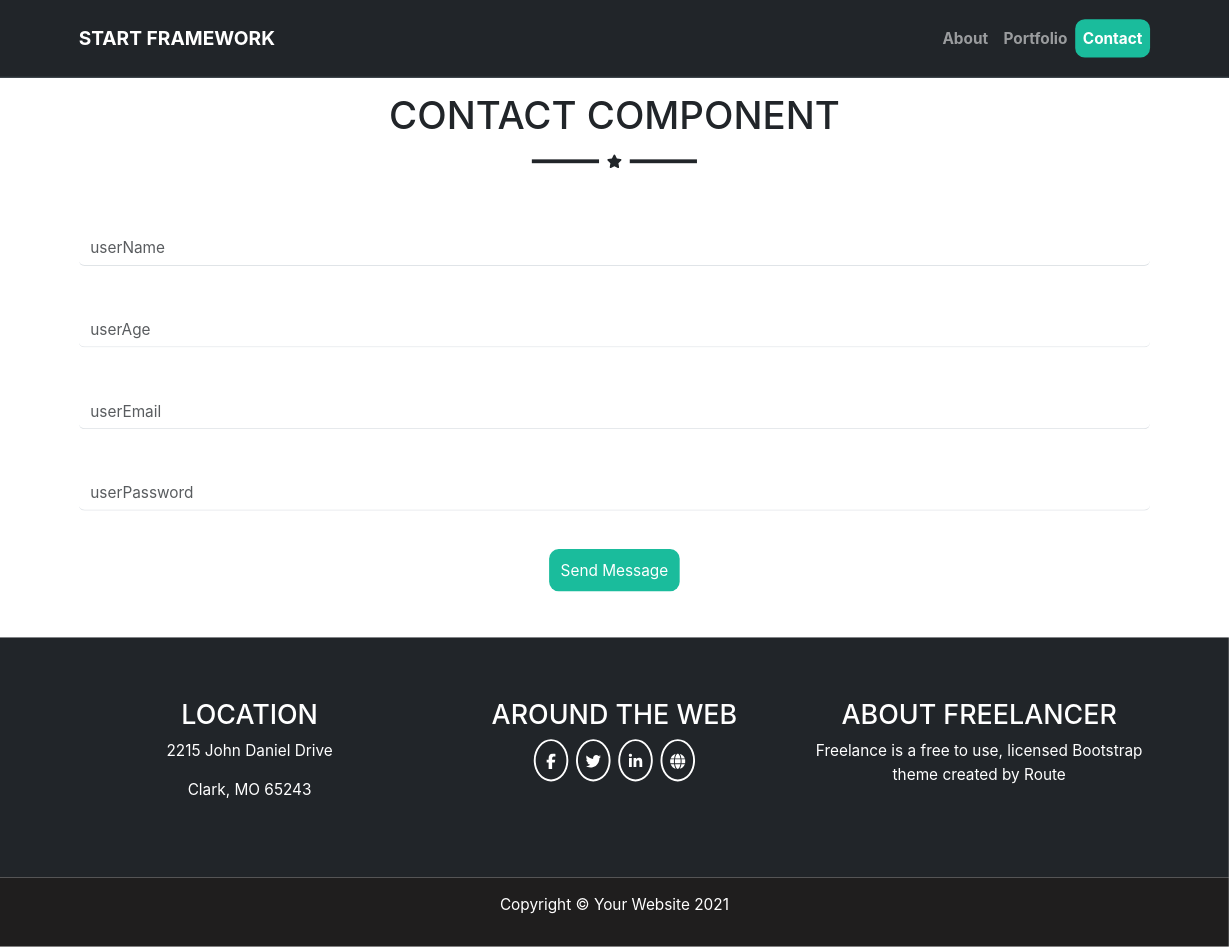
Repository: YomnaWegdan/startFramework
Page: /contact
An editor plug-in stored every save of this project. The page is shown before and after a run of saves, followed by the edit.
The browser window is 1280 px wide. The pictures show the whole page, at 96% of full size.
The project was rebuilt for these pictures with package versions that can differ from the ones it lists, and the page was loaded fresh each time. Also part of the build but not shown: src/Components/Home.jsx, src/Components/About.jsx, src/Components/Error.jsx, src/Components/Portfolio.jsx.

Above is the page before, as saved 2024-02-06 00:15:00.

### src/index.js
import React from 'react';
import ReactDOM from 'react-dom/client';
import 'bootstrap/dist/css/bootstrap.min.css'
import 'bootstrap/dist/js/bootstrap.bundle.min.js'

import './index.css';
import App from './App';
import reportWebVitals from './reportWebVitals';

const root = ReactDOM.createRoot(document.getElementById('root'));
root.render(
  <React.StrictMode>
    <App />
  </React.StrictMode>
);

// If you want to start measuring performance in your app, pass a function
// to log results (for example: reportWebVitals(console.log))
// or send to an analytics endpoint. Learn more: https://bit.ly/CRA-vitals
reportWebVitals();

### src/index.css
body {
  margin: 0;
  font-family: -apple-system, BlinkMacSystemFont, 'Segoe UI', 'Roboto', 'Oxygen',
    'Ubuntu', 'Cantarell', 'Fira Sans', 'Droid Sans', 'Helvetica Neue',
    sans-serif;
  -webkit-font-smoothing: antialiased;
  -moz-osx-font-smoothing: grayscale;
}

code {
  font-family: source-code-pro, Menlo, Monaco, Consolas, 'Courier New',
    monospace;
}
.w-20{
  width: 20%;
}
.home , .about{
  background-color: #1ABC9C;
}
.line{
  background-color: white;
  width: 70px;
  height: 4px;
}
h2{
  font-size: 40px;
}
h3{
  font-weight: 500;
  font-size: 28px;
}
.footer-header {
  background-color: #212529;
}
div.footer{
  background-color: #1f1e1e;
}
.active{
  background-color: #1ABC9C;
  border-radius: 10px;
  color: white;
}

div.inner .img-overlay{
  transition: 0.8s all;
}

div.inner:hover .img-overlay{
  background-color: #1abc9ce6 !important;
  position: absolute;
  top: 0;
  left: 0;
  width: 100%;
  height: 100%;
}

div.inner:hover .plus{
  display: block;
  font-size: 100px;
  color: white;

}
.model{
  background-color: rgba(0, 0, 0, 0.6) !important;
}
.form-control:focus {
  border-color: #eee;
  box-shadow: none;
}
  button{
    background-color: #1ABC9C;
    border: none;
    padding: 10px 12px;
    border-radius: 10px;
    color: white;
    margin-top: 40px ;
  }

### src/App.js
import { RouterProvider, createBrowserRouter } from 'react-router-dom';
import './App.css';
import Layout from './Components/Layout';
import Home from './Components/Home';
import About from './Components/About';
import Contact from './Components/Contact';
import Error from './Components/Error';
import Portfolio from './Components/Portfolio';

function App() {

  let routes = createBrowserRouter([{
    path:'', element:<Layout/> , children:[
      {index:true , element:<Home/>},
      {path:'/about' , element:<About/>},
      {path:'/portfolio' , element:<Portfolio/>},
      {path:'/contact' , element:<Contact/>},
      {path:'*' , element:<Error/>},




    ]
  }])
  return (
    <div className="App">
    <RouterProvider router={routes}></RouterProvider>
    </div>
  );
}

export default App;

### src/Components/Layout.jsx
import React from 'react'
import Navbar from './Navbar'
import { Outlet } from 'react-router-dom'
import Footer from './Footer'

export default function Layout() {
  return (
    <div>
      <Navbar/>
      <Outlet></Outlet>
      <Footer/>
    </div>
  )
}

### src/Components/Contact.jsx
import React, { Fragment } from "react";
import { FaStar } from "react-icons/fa6";

export default function Contact() {
  return (
    <Fragment>
      <section className="contact py-5  ">
        <div className="container h-100">
          <div className="row g-5 h-100 align-items-center justify-content-center align-content-center">
            <div className="col-md-12">
              <h2 className="pt-5">CONTACT COMPONENT</h2>
              <div className="d-flex justify-content-center align-items-center my-3">
                <div className="line text-bg-dark"></div>
                <FaStar className=" mx-2 " />
                <div className="line text-bg-dark"></div>
              </div>
            </div>

            <div className=" col-md-12">
              <form>
                <input
                  className=" form-control border-top-0 border-start-0 border-end-0  border-bottom-3 "
                  placeholder="userName"
                  name="name"
                />
                <input
                  className=" form-control border-top-0 border-start-0 border-end-0  border-bottom-3 my-5"
                  placeholder="userAge"
                  name="age"
                  type="number"
                />
                <input
                  className=" form-control border-top-0 border-start-0 border-end-0  border-bottom-3 mb-5"
                  placeholder="userEmail"
                  name="email"
                  type="email"
                />
                <input
                  className=" form-control border-top-0 border-start-0 border-end-0  border-bottom-3"
                  placeholder="userPassword"
                  name="password"
                  type=" password"
                />
                <button className="">Send Message</button>
              </form>
            </div>
          </div>
        </div>
      </section>
    </Fragment>
  );
}

### src/Components/Navbar.jsx
import React, { useEffect, useState } from "react";
import { NavLink } from "react-router-dom";

export default function Navbar() {
  const [scroll , setScroll] = useState(0)

  const handleScroll=()=>{
    setScroll(window.scrollY)
  }
  const navbarPadding = scroll > 200 ? '30px' : '20px';
  window.addEventListener('scroll', handleScroll);
  return (
    <>
      <nav style={{padding:navbarPadding}}
        className="navbar navbar-expand-lg bg-dark border-bottom border-body  fixed-top fw-bold  "
        data-bs-theme="dark"
      >
        <div className="container">
          <NavLink className="navbar-brand" to="/">
            START FRAMEWORK
          </NavLink>
          <button
            className="navbar-toggler"
            type="button"
            data-bs-toggle="collapse"
            data-bs-target="#navbarSupportedContent"
            aria-controls="navbarSupportedContent"
            aria-expanded="false"
            aria-label="Toggle navigation"
          >
            <span className="navbar-toggler-icon"></span>
          </button>
          <div className="collapse navbar-collapse" id="navbarSupportedContent">
            <ul className="navbar-nav ms-auto mb-2 mb-lg-0">
              <li className="nav-item">
                <NavLink className="nav-link" to="/about">
                  About
                </NavLink>
              </li>
              <li className="nav-item">
                <NavLink className="nav-link" to="/portfolio">
                  Portfolio
                </NavLink>
              </li>
              <li className="nav-item">
                <NavLink className="nav-link" to="/Contact">
                  Contact
                </NavLink>
              </li>
            </ul>
          </div>
        </div>
      </nav>
    </>
  );
}

### src/Components/Footer.jsx
import React from "react";
import { FaFacebookF, FaGlobe, FaLinkedinIn, FaTwitter } from "react-icons/fa6";

export default function Footer() {
  return (
    <>
      <footer className=" text-white">
      <div className="footer-header py-5">
        <div className="container py-3">
          <div className="row">
            <div className="col-lg-4 col-md-6">
              <h3>LOCATION</h3>
              <p>2215 John Daniel Drive</p>
              <p>Clark, MO 65243</p>
            </div>
            <div className="col-lg-4 col-md-6">
            <h3>AROUND THE WEB</h3>
            <ul className="d-flex justify-content-center align-items-center list-unstyled">
            <li className="p-2 rounded-circle border border-white border-2"> <FaFacebookF /> </li>
            <li className="p-2 rounded-circle border border-white border-2 mx-2"> <FaTwitter/> </li>
            <li className="p-2 rounded-circle border border-white border-2 me-2"> <FaLinkedinIn /> </li>
            <li className="p-2 rounded-circle border border-white border-2"> <FaGlobe /> </li>
            </ul>
            </div>
            <div className="col-lg-4 col-md-6">
              <h3>ABOUT FREELANCER</h3>
              <p>Freelance is a free to use, licensed Bootstrap theme created by Route</p>
            </div>
          </div>
        </div>
        </div>
        <div className="footer py-3">
        <p>Copyright © Your Website 2021</p>
        </div>
      </footer>

    </>
  );
}

Loaded but not shown: public/index.html (common file); src/reportWebVitals.js (common file); src/App.css (common file)

After the next 3 saves:
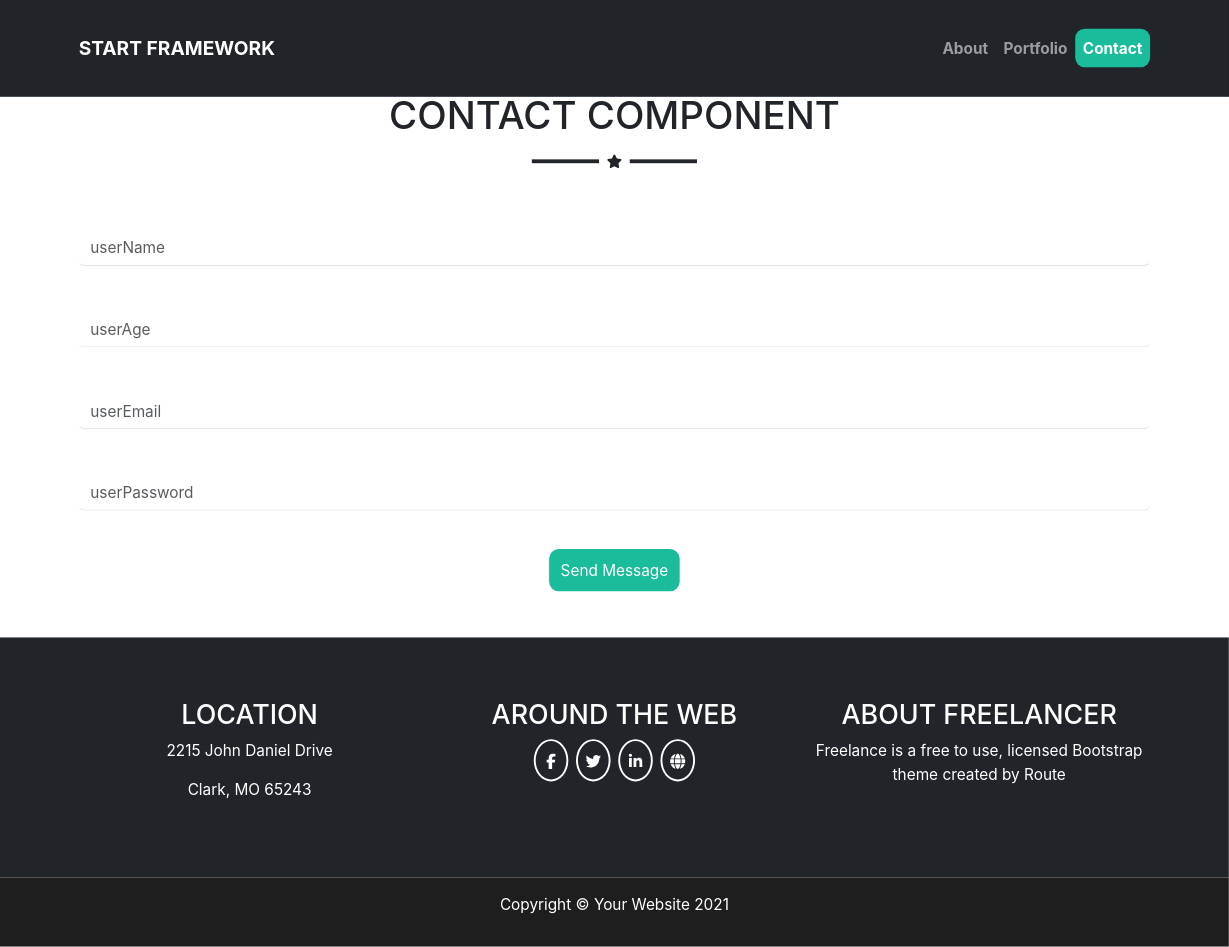
The 3 saves are shown as one change because they came seconds apart.
The last was saved 21 s later.
--- a/src/Components/Navbar.jsx
+++ b/src/Components/Navbar.jsx
@@ -7,7 +7,7 @@ export default function Navbar() {
   const handleScroll=()=>{
     setScroll(window.scrollY)
   }
-  const navbarPadding = scroll > 200 ? '30px' : '20px';
+  const navbarPadding = scroll > 200 ? '20px' : '30px';
   window.addEventListener('scroll', handleScroll);
   return (
     <>
